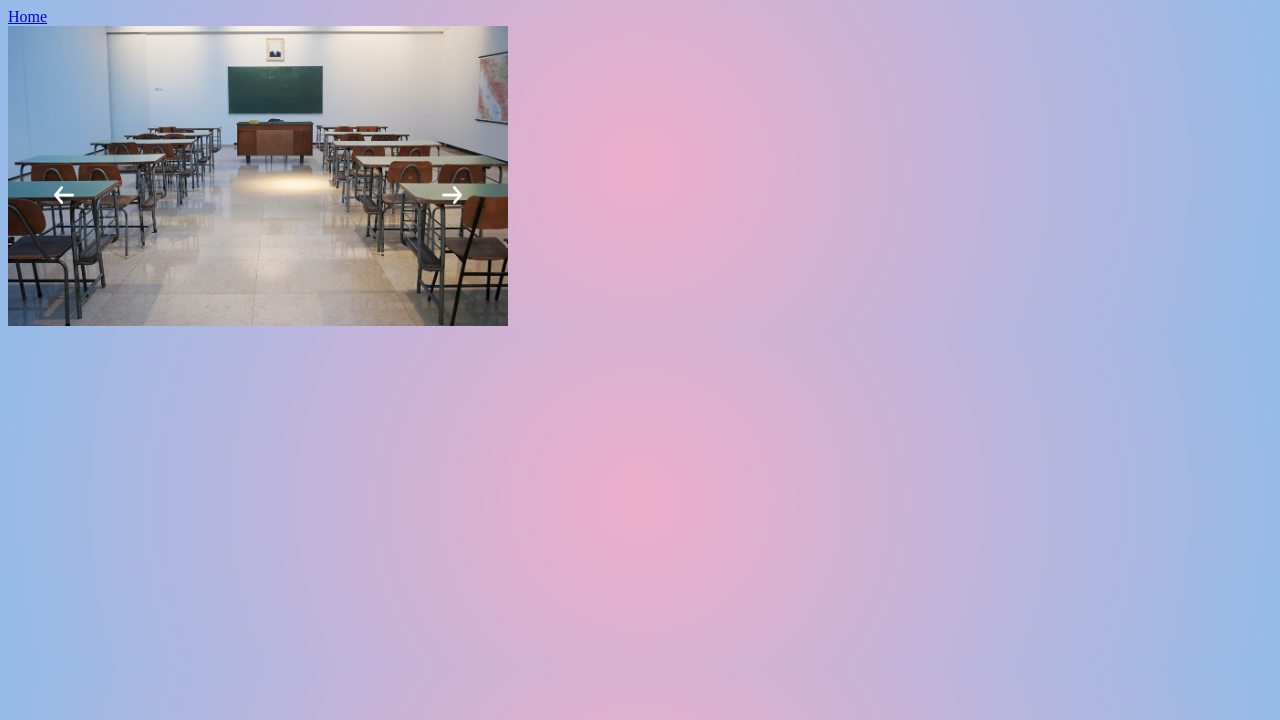
Repository: juliet-jskim/week-8-useEffect-carousel
Page: /carouselPage
An editor plug-in stored every save of this project. The page is shown before and after the next save, followed by the edit.
The browser window is 1280 px wide. The pictures show the whole page.
The project was rebuilt for these pictures with package versions that can differ from the ones it lists, and the page was loaded fresh each time. The framework's server and built-in components were replaced by stand-ins that run in the browser. Also part of the build but not shown: next.config.js, styles/CarouselPage.module.css.

Above is the page before, as saved 2023-02-20 23:35:38.

After the next save:
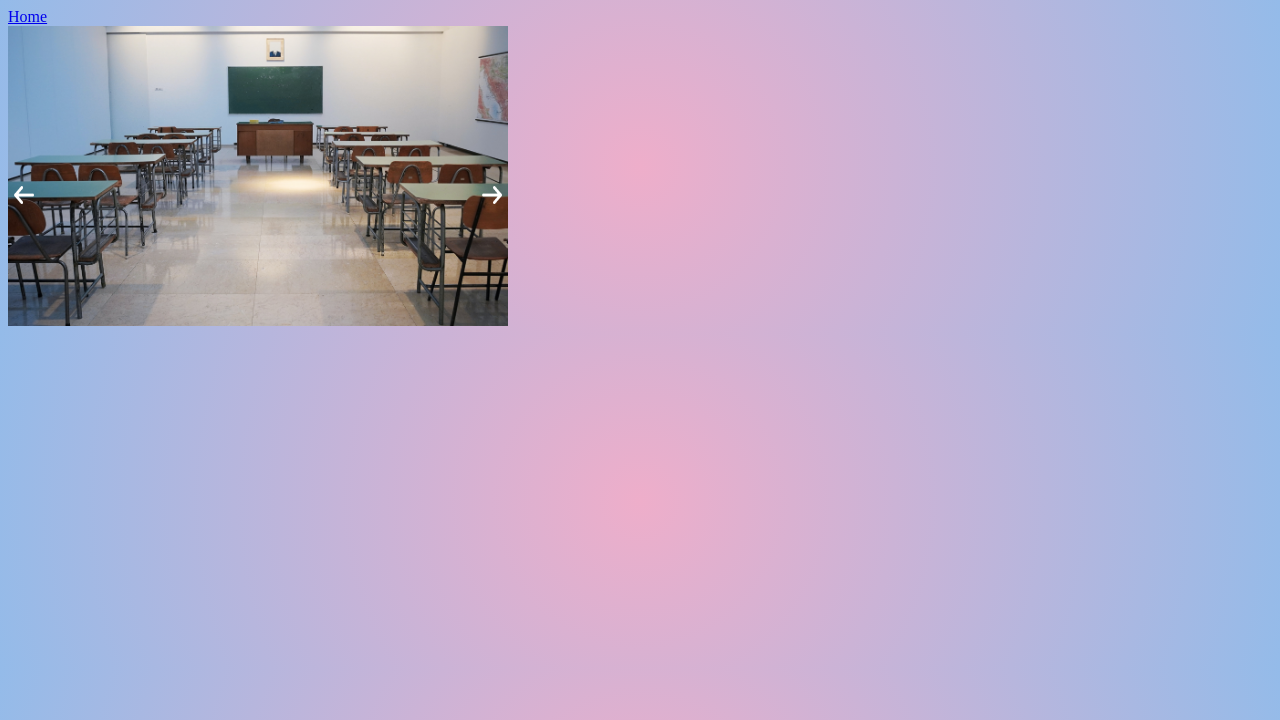
Saved 5 s later.
--- a/components/carousel/Carousel.module.css
+++ b/components/carousel/Carousel.module.css
@@ -2,7 +2,7 @@
     display: flex;
     flex-direction: row;
     justify-content: center;
-    gap: 23rem;
+    gap: 28rem;
     padding-top: 10rem;
 
 }
